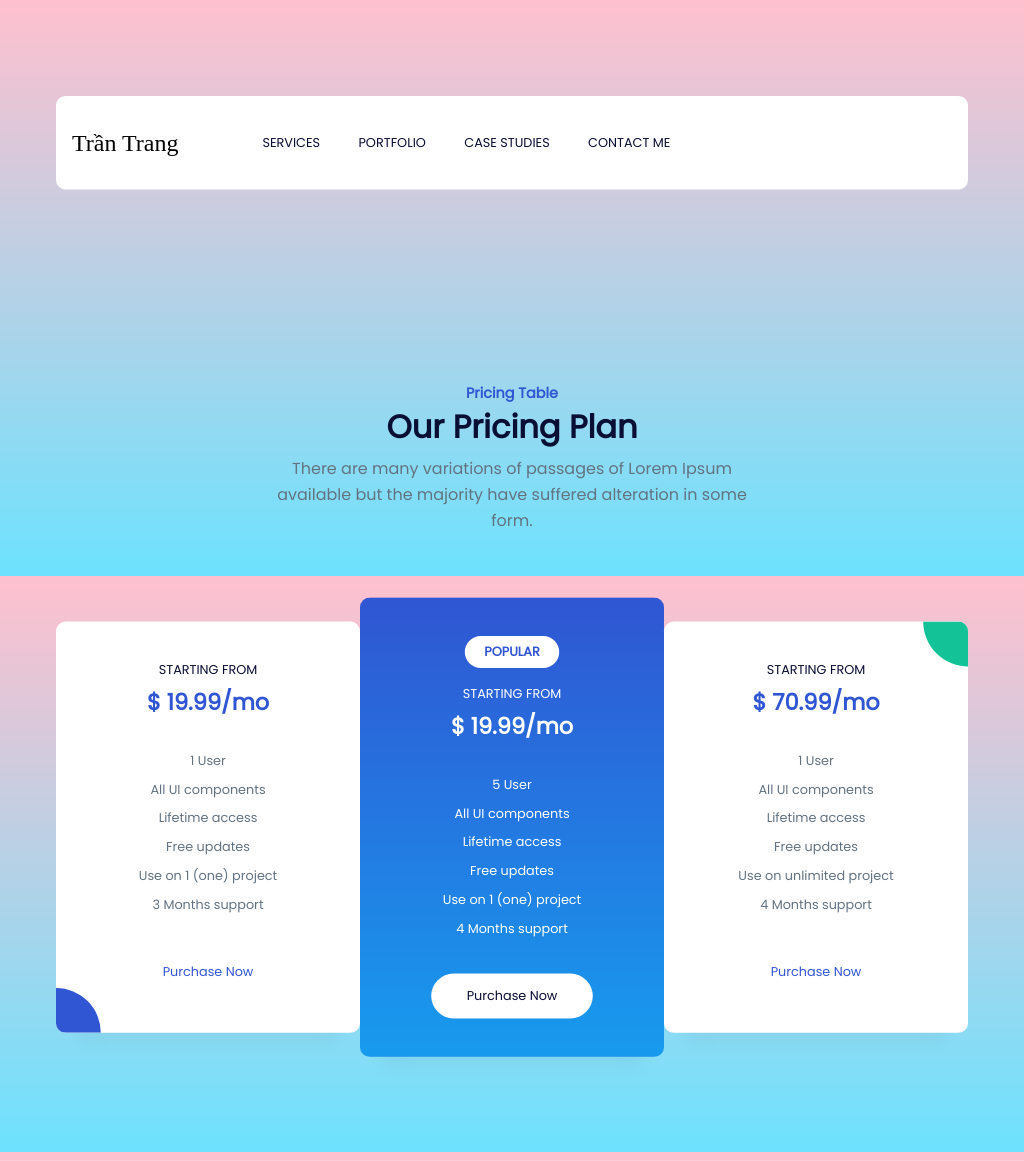
Repository: trantrang2101/CV
Page: index.html
The author's editor kept a copy of each file at every save. The page is drawn from the files as they stood at one save, then again after the next save.
The browser window is 1280 px wide. The pictures show the whole page, at 80% of full size.
Some web fonts or font styles are not loaded; a fallback is used.

Above is the page before, as saved 2022-07-13 19:08:06.
Console error: TypeError: Cannot read properties of null (reading 'offsetTop')

### index.html
<!DOCTYPE html>
<html lang="en" class="scroll-smooth">

<head>
    <meta charset="UTF-8" />
    <meta http-equiv="X-UA-Compatible" content="IE=edge" />
    <meta name="viewport" content="width=device-width, initial-scale=1.0" />
    <title>
        Play | Free Tailwind CSS Template for Startup and SaaS By TailGrids
    </title>
    <link rel="shortcut icon" href="assets/images/favicon.png" type="image/x-icon" />
    <link rel="stylesheet" href="assets/css/animate.css" />
    <link rel="stylesheet" href="assets/css/tailwind.css" />
    <link rel="stylesheet" href="assets/css/style.css" />

    <script src="assets/js/wow.min.js"></script>
    <script>
        new WOW().init();
    </script>
</head>

<body>
    <section id="home" class="pt-20 lg:pt-[120px] pb-20 lg:pb-[120px]">
        <div class="container">
            <div class="bg-white shadow-xl shadow-dark dark:shadow-xl dark:shadow-light wow fadeInUp rounded-xl"
                data-wow-delay=".2s" style="visibility: visible; animation-delay: 0.2s">
                <div class="flex -mx-4 px-5 items-center justify-between relative">
                    <div class="w-60 max-w-full">
                        <a href="#home" class="navbar-logo w-full block py-5">
                            <h1 class="font-script p-4">Trần Trang</h1>
                        </a>
                    </div>
                    <div class="flex justify-between items-center w-full">
                        <div>
                            <button id="navbarToggler"
                                class="block absolute mx-4 right-4 top-1/2 -translate-y-1/2 lg:hidden focus:ring-2 ring-primary px-3 py-[6px] rounded-lg">
                                <span class="relative w-[30px] h-[2px] my-[6px] block bg-dark"></span>
                                <span class="relative w-[30px] h-[2px] my-[6px] block bg-dark"></span>
                                <span class="relative w-[30px] h-[2px] my-[6px] block bg-dark"></span>
                            </button>
                            <nav id="navbarCollapse"
                                class="absolute py-5 lg:py-0 lg:px-4 xl:px-6 bg-white lg:bg-transparent shadow-lg rounded-lg max-w-[250px] w-full lg:max-w-full lg:w-full right-4 top-full hidden lg:block lg:static lg:shadow-none">
                                <ul class="blcok lg:flex">
                                    <li class="relative group">
                                        <a href="#services"
                                            class="ud-menu-scroll text-base text-dark lg:group-hover:opacity-70 lg:group-hover:text-dark group-hover:text-primary py-2 lg:py-6 lg:inline-flex lg:px-0 flex mx-8 lg:mr-0">
                                            SERVICES
                                        </a>
                                    </li>
                                    <li class="relative group">
                                        <a href="#portfolio"
                                            class="ud-menu-scroll text-base text-dark lg:text-dark lg:group-hover:opacity-70 lg:group-hover:text-dark group-hover:text-primary py-2 lg:py-6 lg:inline-flex lg:px-0 flex mx-8 lg:mr-0 lg:ml-7 xl:ml-12">
                                            PORTFOLIO
                                        </a>
                                    </li>
                                    <li class="relative group">
                                        <a href="#case"
                                            class="ud-menu-scroll text-base text-dark lg:text-dark lg:group-hover:opacity-70 lg:group-hover:text-dark group-hover:text-primary py-2 lg:py-6 lg:inline-flex lg:px-0 flex mx-8 lg:mr-0 lg:ml-7 xl:ml-12">
                                            CASE STUDIES
                                        </a>
                                    </li>
                                    <li class="relative group">
                                        <a href="#contact"
                                            class="ud-menu-scroll text-base text-dark lg:text-dark lg:group-hover:opacity-70 lg:group-hover:text-dark group-hover:text-primary py-2 lg:py-6 lg:inline-flex lg:px-0 flex mx-8 lg:mr-0 lg:ml-7 xl:ml-12">
                                            CONTACT ME
                                        </a>
                                    </li>
                                </ul>
                            </nav>
                        </div>
                    </div>
                </div>
            </div>
        </div>
    </section>
    <section id="services" class="pt-20 lg:pt-[120px] pb-12 lg:pb-[90px] relative z-20 overflow-hidden">
        <div class="container">
            <div class="flex flex-wrap -mx-4">
                <div class="w-full px-4">
                    <div class="text-center mx-auto mb-[60px] lg:mb-20 max-w-[620px]">
                        <span class="font-semibold text-lg text-primary mb-2 block">
                            Pricing Table
                        </span>
                        <h2 class="font-bold text-3xl sm:text-4xl md:text-[40px] text-dark mb-4">
                            Our Pricing Plan
                        </h2>
                        <p class="text-lg sm:text-xl leading-relaxed sm:leading-relaxed text-body-color">
                            There are many variations of passages of Lorem Ipsum available
                            but the majority have suffered alteration in some form.
                        </p>
                    </div>
                </div>
            </div>

            <div class="flex flex-wrap items-center justify-center">
                <div class="w-full md:w-1/2 lg:w-1/3">
                    <div class="bg-white rounded-xl relative z-10 overflow-hidden border border-primary border-opacity-20 shadow-pricing py-10 px-8 sm:p-12 lg:py-10 lg:px-6 xl:p-12 mb-10 text-center wow fadeInUp"
                        data-wow-delay=".15s
              " style="visibility: visible; animation-delay: 0.15s">
                        <span class="text-dark font-medium text-base uppercase block mb-2">
                            STARTING FROM
                        </span>
                        <h2 class="font-semibold text-primary mb-9 text-[28px]">
                            $ 19.99/mo
                        </h2>

                        <div class="mb-10">
                            <p class="text-base font-medium text-body-color leading-loose mb-1">
                                1 User
                            </p>
                            <p class="text-base font-medium text-body-color leading-loose mb-1">
                                All UI components
                            </p>
                            <p class="text-base font-medium text-body-color leading-loose mb-1">
                                Lifetime access
                            </p>
                            <p class="text-base font-medium text-body-color leading-loose mb-1">
                                Free updates
                            </p>
                            <p class="text-base font-medium text-body-color leading-loose mb-1">
                                Use on 1 (one) project
                            </p>
                            <p class="text-base font-medium text-body-color leading-loose mb-1">
                                3 Months support
                            </p>
                        </div>
                        <div class="w-full">
                            <a href="javascript:void(0)"
                                class="inline-block text-base font-medium text-primary bg-transparent border border-[#D4DEFF] rounded-full text-center py-4 px-11 hover:text-white hover:bg-primary hover:border-primary transition duration-300 ease-in-out">
                                Purchase Now
                            </a>
                        </div>
                        <span class="absolute left-0 bottom-0 z-[-1] w-14 h-14 rounded-tr-full block bg-primary">
                        </span>
                    </div>
                </div>
                <div class="w-full md:w-1/2 lg:w-1/3">
                    <div class="bg-primary bg-gradient-to-b from-primary to-[#179BEE] rounded-xl relative z-10 overflow-hidden shadow-pricing py-10 px-8 sm:p-12 lg:py-10 lg:px-6 xl:p-12 mb-10 text-center wow fadeInUp"
                        data-wow-delay=".1s
              " style="visibility: visible; animation-delay: 0.1s">
                        <span
                            class="inline-block py-2 px-6 border border-white rounded-full text-base font-semibold text-primary bg-white uppercase mb-5">
                            POPULAR
                        </span>
                        <span class="text-white font-medium text-base uppercase block mb-2">
                            STARTING FROM
                        </span>
                        <h2 class="font-semibold text-white mb-9 text-[28px]">
                            $ 19.99/mo
                        </h2>

                        <div class="mb-10">
                            <p class="text-base font-medium text-white leading-loose mb-1">
                                5 User
                            </p>
                            <p class="text-base font-medium text-white leading-loose mb-1">
                                All UI components
                            </p>
                            <p class="text-base font-medium text-white leading-loose mb-1">
                                Lifetime access
                            </p>
                            <p class="text-base font-medium text-white leading-loose mb-1">
                                Free updates
                            </p>
                            <p class="text-base font-medium text-white leading-loose mb-1">
                                Use on 1 (one) project
                            </p>
                            <p class="text-base font-medium text-white leading-loose mb-1">
                                4 Months support
                            </p>
                        </div>
                        <div class="w-full">
                            <a href="javascript:void(0)"
                                class="inline-block text-base font-medium text-dark bg-white border border-white rounded-full text-center py-4 px-11 hover:text-white hover:bg-dark hover:border-dark transition duration-300 ease-in-out">
                                Purchase Now
                            </a>
                        </div>
                    </div>
                </div>
                <div class="w-full md:w-1/2 lg:w-1/3">
                    <div class="bg-white rounded-xl relative z-10 overflow-hidden border border-primary border-opacity-20 shadow-pricing py-10 px-8 sm:p-12 lg:py-10 lg:px-6 xl:p-12 mb-10 text-center wow fadeInUp"
                        data-wow-delay=".15s
              " style="visibility: visible; animation-delay: 0.15s">
                        <span class="text-dark font-medium text-base uppercase block mb-2">
                            STARTING FROM
                        </span>
                        <h2 class="font-semibold text-primary mb-9 text-[28px]">
                            $ 70.99/mo
                        </h2>

                        <div class="mb-10">
                            <p class="text-base font-medium text-body-color leading-loose mb-1">
                                1 User
                            </p>
                            <p class="text-base font-medium text-body-color leading-loose mb-1">
                                All UI components
                            </p>
                            <p class="text-base font-medium text-body-color leading-loose mb-1">
                                Lifetime access
                            </p>
                            <p class="text-base font-medium text-body-color leading-loose mb-1">
                                Free updates
                            </p>
                            <p class="text-base font-medium text-body-color leading-loose mb-1">
                                Use on unlimited project
                            </p>
                            <p class="text-base font-medium text-body-color leading-loose mb-1">
                                4 Months support
                            </p>
                        </div>
                        <div class="w-full">
                            <a href="javascript:void(0)"
                                class="inline-block text-base font-medium text-primary bg-transparent border border-[#D4DEFF] rounded-full text-center py-4 px-11 hover:text-white hover:bg-primary hover:border-primary transition duration-300 ease-in-out">
                                Purchase Now
                            </a>
                        </div>
                        <span class="absolute right-0 top-0 z-[-1] w-14 h-14 rounded-bl-full block bg-secondary">
                        </span>
                    </div>
                </div>
            </div>
        </div>
    </section>
    <script src="assets/js/main.js"></script>
    <script>
        const pageLink = document.querySelectorAll(".ud-menu-scroll");
        pageLink.forEach((elem) => {
            elem.addEventListener("click", (e) => {
                e.preventDefault();
                document.querySelector(elem.getAttribute("href")).scrollIntoView({
                    behavior: "smooth",
                    offsetTop: 1 - 60,
                });
            });
        });

        // section menu active
        function onScroll(event) {
            const sections = document.querySelectorAll(".ud-menu-scroll");
            const scrollPos =
                window.pageYOffset ||
                document.documentElement.scrollTop ||
                document.body.scrollTop;

            for (let i = 0; i < sections.length; i++) {
                const currLink = sections[i];
                const val = currLink.getAttribute("href");
                const refElement = document.querySelector(val);
                const scrollTopMinus = scrollPos + 73;
                if (
                    refElement.offsetTop <= scrollTopMinus &&
                    refElement.offsetTop + refElement.offsetHeight > scrollTopMinus
                ) {
                    document
                        .querySelector(".ud-menu-scroll")
                        .classList.remove("active");
                    currLink.classList.add("active");
                } else {
                    currLink.classList.remove("active");
                }
            }
        }

        window.document.addEventListener("scroll", onScroll);
    </script>
</body>

</html>

### assets/css/style.css
html,
body {
  width: 100%;
  height: 100%;
}
body {
  width: 100%;
  height: 100%;
  background: linear-gradient(180deg, #ffc0ce 0%, #6de2fe 100%);
}
.font-script {
  font-family: "Imperial Script" !important;
}
h1.font-script {
  font-size: 30px;
}

### assets/js/main.js
(function () {
  "use strict";

  // ======= Sticky
  window.onscroll = function () {
    const ud_header = document.querySelector(".ud-header");
    const sticky = ud_header.offsetTop;
    const logo = document.querySelector(".header-logo");

    if (window.pageYOffset > sticky) {
      ud_header.classList.add("sticky");
    } else {
      ud_header.classList.remove("sticky");
    }

    // === logo change
    if (ud_header.classList.contains("sticky")) {
      logo.src = "assets/images/logo/logo.svg";
    } else {
      logo.src = "assets/images/logo/logo-white.svg";
    }

    // show or hide the back-top-top button
    const backToTop = document.querySelector(".back-to-top");
    if (
      document.body.scrollTop > 50 ||
      document.documentElement.scrollTop > 50
    ) {
      backToTop.style.display = "flex";
    } else {
      backToTop.style.display = "none";
    }
  };

  // ===== responsive navbar
  let navbarToggler = document.querySelector("#navbarToggler");
  const navbarCollapse = document.querySelector("#navbarCollapse");

  navbarToggler.addEventListener("click", () => {
    navbarToggler.classList.toggle("navbarTogglerActive");
    navbarCollapse.classList.toggle("hidden");
  });

  //===== close navbar-collapse when a  clicked
  document
    .querySelectorAll("#navbarCollapse ul li:not(.submenu-item) a")
    .forEach((e) =>
      e.addEventListener("click", () => {
        navbarToggler.classList.remove("navbarTogglerActive");
        navbarCollapse.classList.add("hidden");
      })
    );

  // ===== Sub-menu
  const submenuItems = document.querySelectorAll(".submenu-item");
  submenuItems.forEach((el) => {
    el.querySelector("a").addEventListener("click", () => {
      el.querySelector(".submenu").classList.toggle("hidden");
    });
  });

  // ===== Faq accordion
  const faqs = document.querySelectorAll(".single-faq");
  faqs.forEach((el) => {
    el.querySelector(".faq-btn").addEventListener("click", () => {
      el.querySelector(".icon").classList.toggle("rotate-180");
      el.querySelector(".faq-content").classList.toggle("hidden");
    });
  });

  // ===== wow js
  new WOW().init();

  // ====== scroll top js
  function scrollTo(element, to = 0, duration = 500) {
    const start = element.scrollTop;
    const change = to - start;
    const increment = 20;
    let currentTime = 0;

    const animateScroll = () => {
      currentTime += increment;

      const val = Math.easeInOutQuad(currentTime, start, change, duration);

      element.scrollTop = val;

      if (currentTime < duration) {
        setTimeout(animateScroll, increment);
      }
    };

    animateScroll();
  }

  Math.easeInOutQuad = function (t, b, c, d) {
    t /= d / 2;
    if (t < 1) return (c / 2) * t * t + b;
    t--;
    return (-c / 2) * (t * (t - 2) - 1) + b;
  };

  // document.querySelector(".back-to-top").onclick = () => {
  //   scrollTo(document.documentElement);
  // };
})();

Loaded but not shown: assets/css/animate.css (library); assets/css/tailwind.css (library); assets/js/wow.min.js (library)

After the next save:
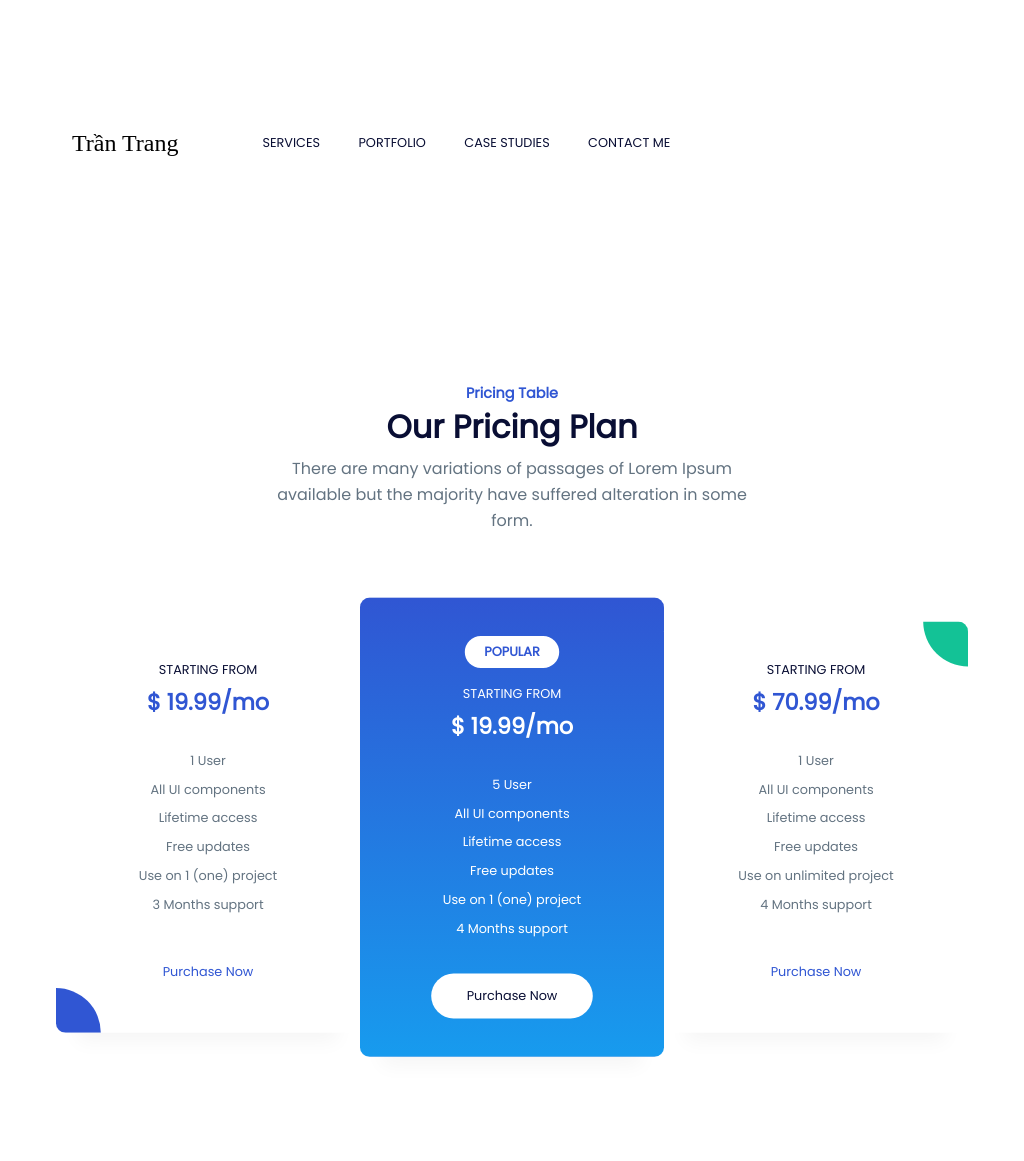
Saved 15 s later.
--- a/assets/css/style.css
+++ b/assets/css/style.css
@@ -6,7 +6,7 @@
 body {
   width: 100%;
   height: 100%;
-  background: linear-gradient(180deg, #ffc0ce 0%, #6de2fe 100%);
+  background-attachment: linear-gradient(180deg, #ffc0ce 0%, #6de2fe 100%);
 }
 .font-script {
   font-family: "Imperial Script" !important;

After the save that followed:
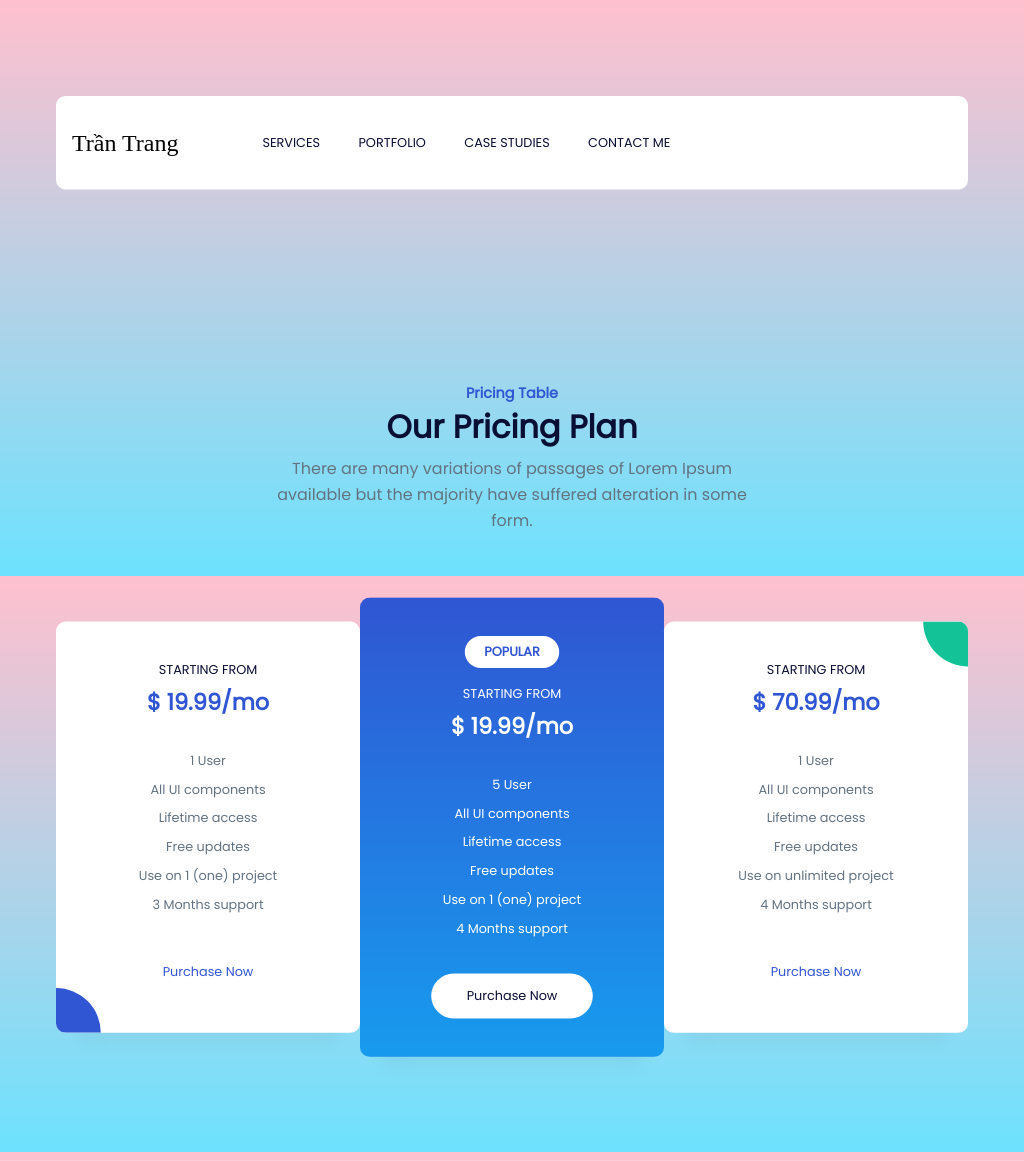
Saved 7 s later.
--- a/assets/css/style.css
+++ b/assets/css/style.css
@@ -6,7 +6,7 @@
 body {
   width: 100%;
   height: 100%;
-  background-attachment: linear-gradient(180deg, #ffc0ce 0%, #6de2fe 100%);
+  background: linear-gradient(180deg, #ffc0ce 0%, #6de2fe 100%);
 }
 .font-script {
   font-family: "Imperial Script" !important;
